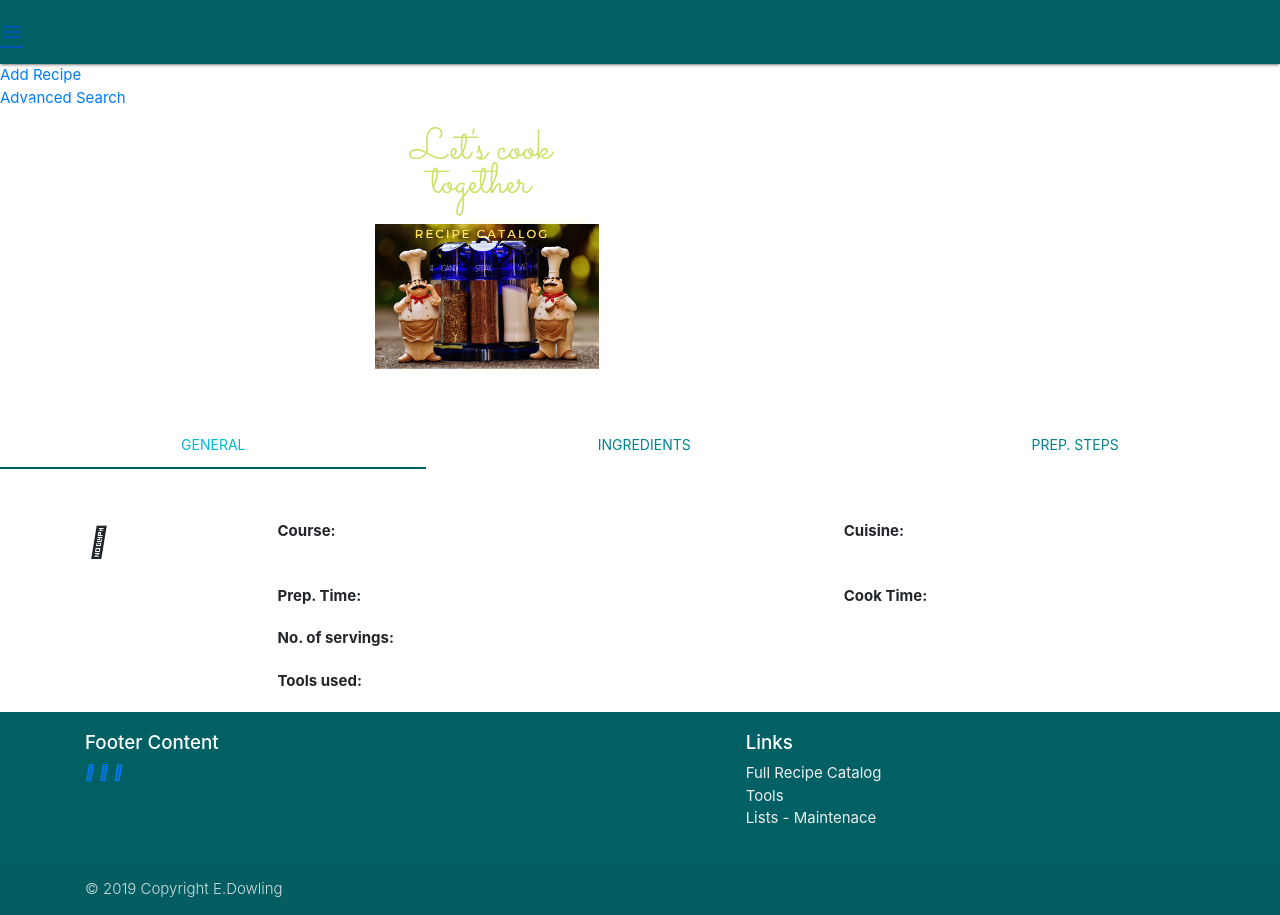
Repository: eldowling/lets-cook-together
Page: templates/recipe.html
The author's editor kept a record of every edit. The page is drawn from the files as they stood at one moment, then again after the next edit.
The browser window is 1280 px wide. The pictures show the whole page.
Some web libraries are served in a nearby version. The page is served by the project's application, run on Flask 3 (app.py). The template is opened directly, without the code that normally fills it, so the values that code supplies are empty.

Above is the page before.
Console error: TypeError: $(...).collapsible is not a function

After the next edit:
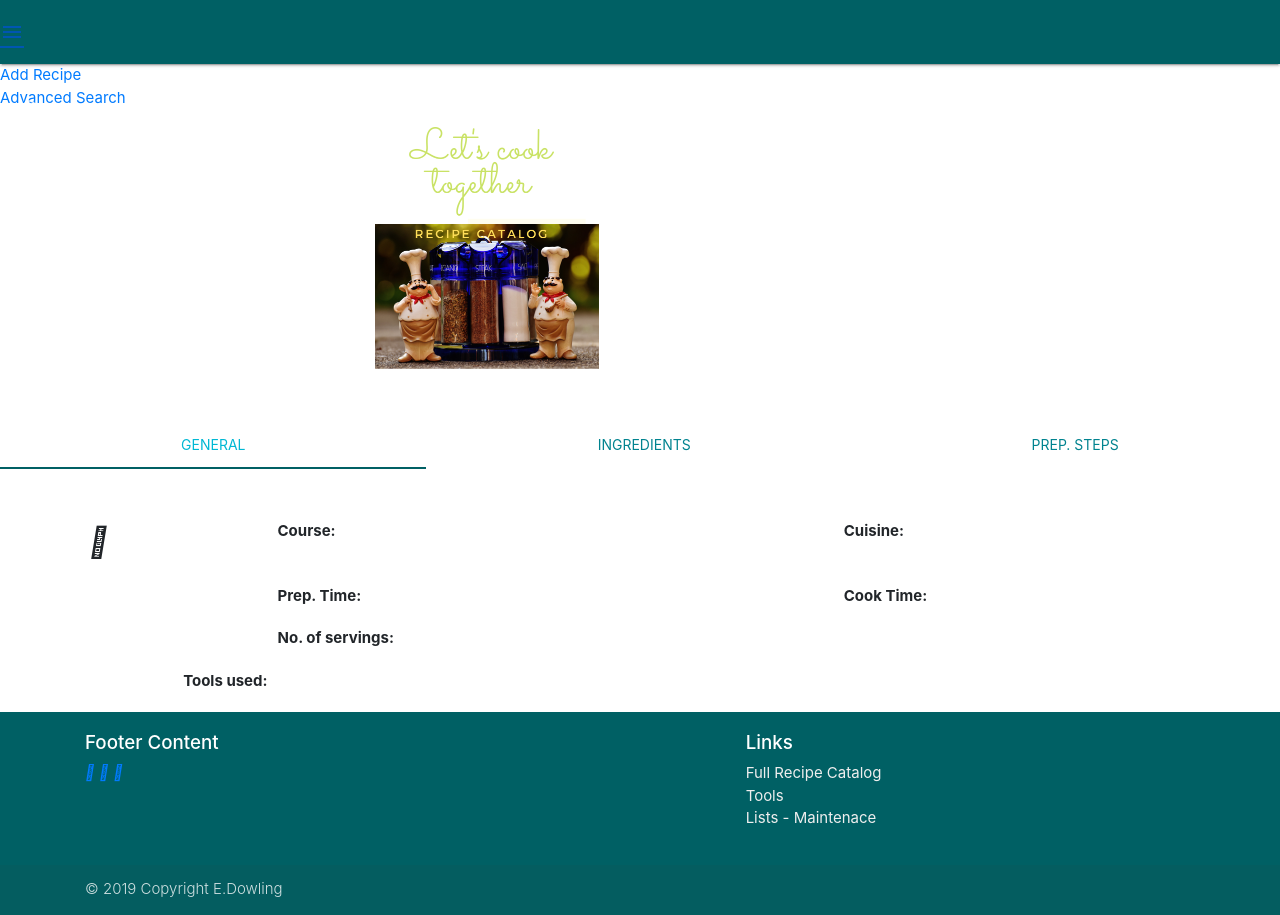
The edit:
--- a/templates/recipe.html
+++ b/templates/recipe.html
@@ -50,7 +50,7 @@
     </div>
   </div>
   <div class="row">
-    <div class="col-2">
+    <div class="col-1">
       <i class="fas fa-blender fa-2x"></i>
     </div>
     <div class="col-10">
